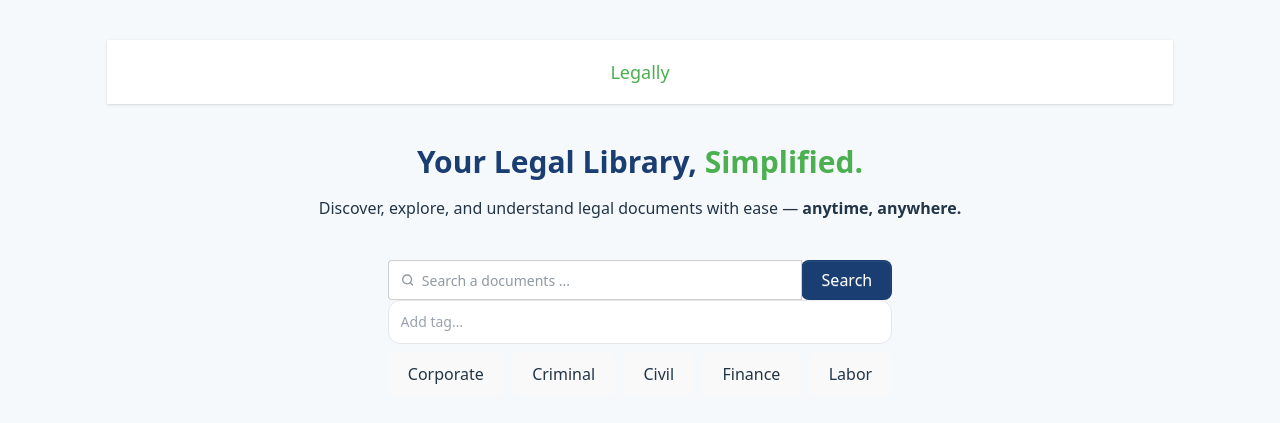
Repository: OdinPie/legal-search-acmeai
Page: / (app in legal-frontend/)
The author's editor kept a copy of each file at every save. The page is drawn from the files as they stood at one save, then again after the next save.
The browser window is 1280 px wide. The pictures show the whole page.
The project was rebuilt for these pictures with package versions that can differ from the ones it lists, and the page was loaded fresh each time. Also part of the build but not shown: legal-frontend/vite.config.js.

Above is the page before, as saved 2025-11-05 22:23:19.

After the next save:
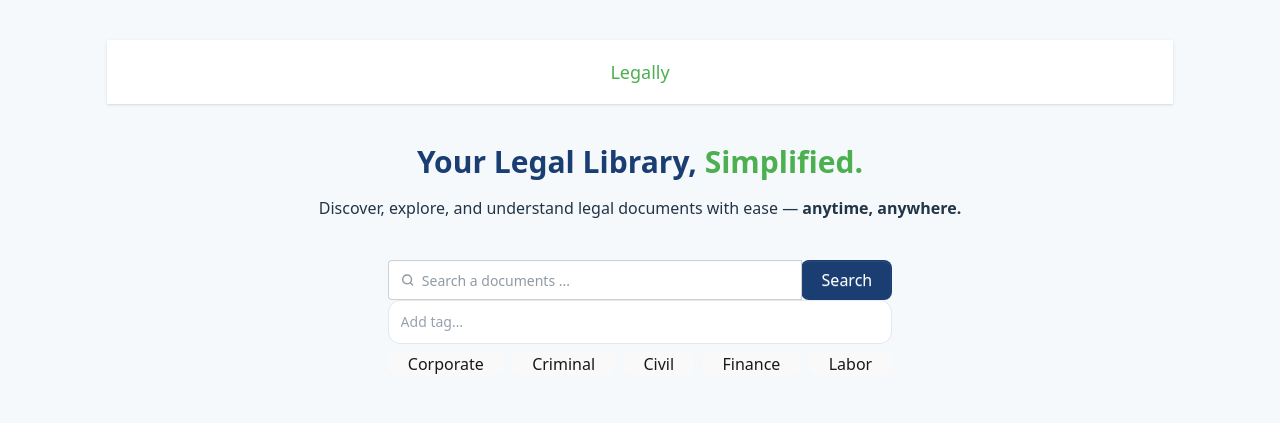
Saved 19 s later.
--- a/legal-frontend/src/components/TagBar.jsx
+++ b/legal-frontend/src/components/TagBar.jsx
@@ -72,7 +72,7 @@ export default function TagBar({ value = [], onChange }) {
               key={s}
               disabled={taken || atLimit}
               onClick={() => addTag(s)}
-              className={`text-sm rounded-full border transition
+              className={`btn btn-xs text-sm rounded-full border transition
                 ${taken ? "border-gray-200 text-gray-400 cursor-not-allowed"
                         : "border-gray-300 hover:bg-blue-50 hover:border-blue-400"}`}
             >
